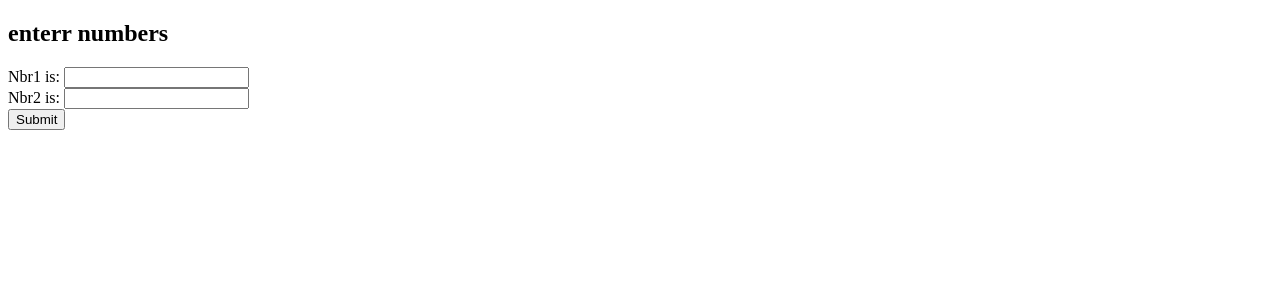
Repository: callgp/bt_servlet_jsp_jdbc
Page: http://localhost/AdditionJSPEx/Add.jsp
An editor plug-in stored every save of this project. The page is shown before and after the next save, followed by the edit.
The browser window is 1280 px wide. The pictures show the whole page.
The page is served by Tomcat 9.

Above is the page before, as saved 2020-07-05 19:43:39.

After the next save:
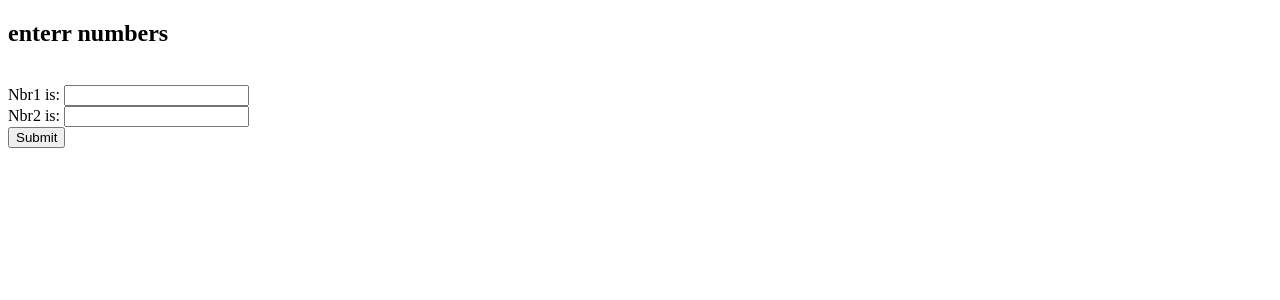
Saved 2 min 14 s later.
--- a/AdditionJSPEx/WebContent/Add.jsp
+++ b/AdditionJSPEx/WebContent/Add.jsp
@@ -8,7 +8,7 @@
 </head>
 <body>
 <form action="addition.jsp">
-<h2>enterr numbers</h2>
+<h2>enterr numbers</h2><br/>
 Nbr1 is: <input type="text" name="number1"/><br>
 Nbr2 is: <input type="text" name="number2"/><br>
 <input type="submit" name="submit"/>
